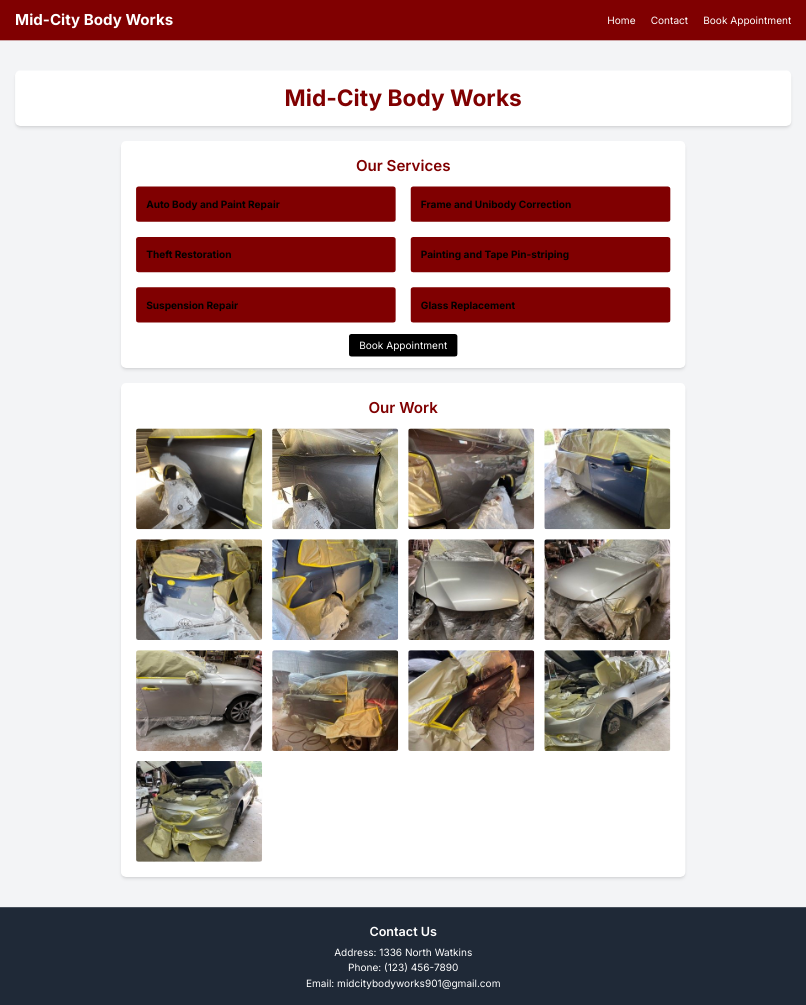
Repository: kayacancode/midcitybodyworks
Page: /
An editor plug-in stored every save of this project. The page is shown before and after a run of saves, followed by the edit.
The browser window is 1280 px wide. The pictures show the whole page, at 63% of full size.
The project was rebuilt for these pictures with package versions that can differ from the ones it lists, and the page was loaded fresh each time. The framework's server and built-in components were replaced by stand-ins that run in the browser. Also part of the build but not shown: next.config.mjs.

Above is the page before, as saved 2024-06-29 12:14:57.

### src/app/page.js
import Image from "next/image";

export default function Home() {
  return (
    <div className="min-h-screen bg-gray-100 flex flex-col">
      {/* Navigation Bar */}
      <header className="bg-[#800001] text-white w-full py-4 flex justify-between items-center px-6">
        <div className="text-2xl font-bold">Mid-City Body Works</div>
        <nav>
          <ul className="flex space-x-6">
            <li><a href="#home" className="hover:underline">Home</a></li>
            <li><a href="#contact" className="hover:underline">Contact</a></li>
            <li><a href="#appointment" className="hover:underline">Book Appointment</a></li>
          </ul>
        </nav>
      </header>

      {/* Hero Section */}
      <main className="flex flex-col items-center p-6">
        <section id="home" className="w-full bg-white p-6 rounded-lg shadow-md mt-6 text-center">
          <h1 className="text-4xl font-bold text-[#800001]">Mid-City Body Works</h1>
        </section>

        {/* Our Services Section */}
        <section className="w-full max-w-4xl bg-white p-6 rounded-lg shadow-md mt-6">
          <h2 className="text-2xl font-semibold mb-4 text-[#800001] text-center">Our Services</h2>
          <div className="grid grid-cols-1 sm:grid-cols-2 gap-6">
            <div className="bg-[#800001] p-4 rounded">
              <h3 className="font-bold">Auto Body and Paint Repair</h3>
            </div>
            <div className="bg-[#800001] p-4 rounded">
              <h3 className="font-bold">Frame and Unibody Correction</h3>
            </div>
            <div className="bg-[#800001] p-4 rounded">
              <h3 className="font-bold">Theft Restoration</h3>
            </div>
            <div className="bg-[#800001] p-4 rounded">
              <h3 className="font-bold">Painting and Tape Pin-striping</h3>
            </div>
            <div className="bg-[#800001] p-4 rounded">
              <h3 className="font-bold">Suspension Repair</h3>
            </div>
            <div className="bg-[#800001] p-4 rounded">
              <h3 className="font-bold">Glass Replacement</h3>
            </div>
          </div>
          <div className="text-center mt-6">
            <a href="#appointment" className="bg-black text-white px-4 py-2 rounded hover:bg-[#800001]">Book Appointment</a>
          </div>
        </section>

        {/* Placeholder Photo Section */}
        <section className="w-full max-w-4xl bg-white p-6 rounded-lg shadow-md mt-6">
          <h2 className="text-2xl font-semibold mb-4 text-center text-[#800001]">Our Work</h2>
          <div className="grid grid-cols-2 sm:grid-cols-4 gap-4">
            <div className="relative w-full h-40">
              <Image src="/car1.png" alt="Placeholder Image 1" layout="fill" objectFit="cover" className="rounded" />
            </div>
            <div className="relative w-full h-40">
              <Image src="/car2.jpeg" alt="Placeholder Image 2" layout="fill" objectFit="cover" className="rounded" />
            </div>
            <div className="relative w-full h-40">
              <Image src="/car3.jpeg" alt="Placeholder Image 3" layout="fill" objectFit="cover" className="rounded" />
            </div>
            <div className="relative w-full h-40">
              <Image src="/car4.jpeg" alt="Placeholder Image 4" layout="fill" objectFit="cover" className="rounded" />
            </div>
            <div className="relative w-full h-40">
              <Image src="/car5.jpeg" alt="Placeholder Image 4" layout="fill" objectFit="cover" className="rounded" />
            </div>
            <div className="relative w-full h-40">
              <Image src="/car6.jpeg" alt="Placeholder Image 4" layout="fill" objectFit="cover" className="rounded" />
            </div>
            <div className="relative w-full h-40">
              <Image src="/car7.jpeg" alt="Placeholder Image 4" layout="fill" objectFit="cover" className="rounded" />
            </div>
            <div className="relative w-full h-40">
              <Image src="/car8.jpeg" alt="Placeholder Image 4" layout="fill" objectFit="cover" className="rounded" />
            </div>
            <div className="relative w-full h-40">
              <Image src="/car9.png" alt="Placeholder Image 4" layout="fill" objectFit="cover" className="rounded" />
            </div>
            <div className="relative w-full h-40">
              <Image src="/car10.jpeg" alt="Placeholder Image 4" layout="fill" objectFit="cover" className="rounded" />
            </div>
            <div className="relative w-full h-40">
              <Image src="/car11.jpeg" alt="Placeholder Image 4" layout="fill" objectFit="cover" className="rounded" />
            </div>
            <div className="relative w-full h-40">
              <Image src="/car12.jpeg" alt="Placeholder Image 4" layout="fill" objectFit="cover" className="rounded" />
            </div>
            <div className="relative w-full h-40">
              <Image src="/car13.jpeg" alt="Placeholder Image 4" layout="fill" objectFit="cover" className="rounded" />
            </div>
          </div>
        </section>
      </main>

      {/* Footer */}
      <footer className="bg-gray-800 text-white w-full py-6 mt-6">
        <div className="text-center">
          <h3 className="text-xl font-semibold mb-2">Contact Us</h3>
          <p>Address: 1336 North Watkins </p>
          <p>Phone: (123) 456-7890</p>
          <p>Email: midcitybodyworks901@gmail.com</p>
        </div>
      </footer>
    </div>
  );
}

Loaded but not shown: src/app/layout.js (common file); src/app/globals.css (common file); tailwind.config.js (common file)

After the next 2 saves:
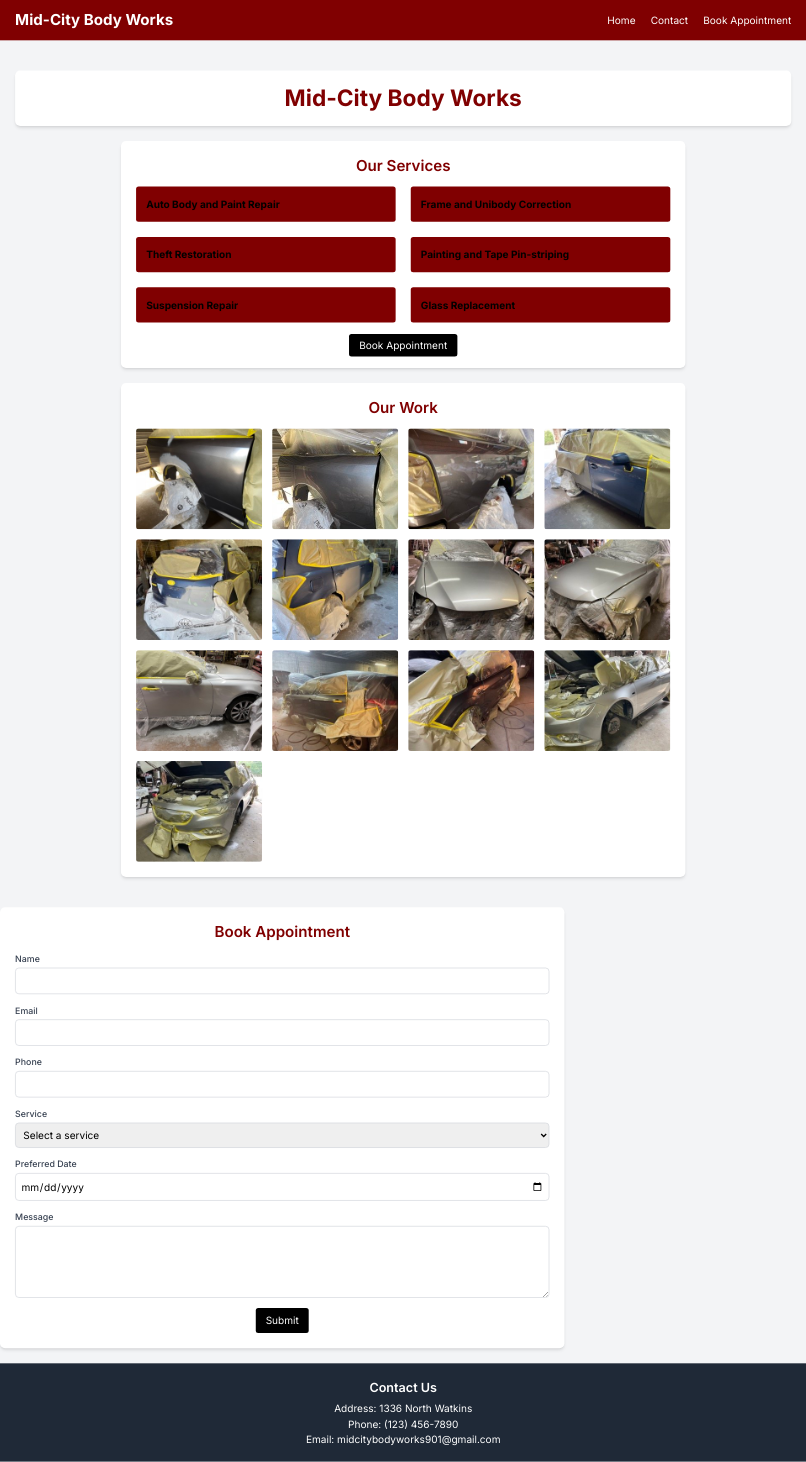
The 2 saves are shown as one change because 1 did not build or start.
The last was saved 17 min 27 s later.
--- a/src/app/page.js
+++ b/src/app/page.js
@@ -1,6 +1,44 @@
 import Image from "next/image";
+import { useState } from 'react';
 
 export default function Home() {
+  const [formData, setFormData] = useState({
+    name: '',
+    email: '',
+    phone: '',
+    service: '',
+    date: '',
+    message: ''
+  });
+
+  const handleChange = (e) => {
+    setFormData({ ...formData, [e.target.name]: e.target.value });
+  };
+
+  const handleSubmit = (e) => {
+    e.preventDefault();
+
+    // Send form data to Formspree
+    fetch('https://formspree.io/YOUR_FORMSPREE_ENDPOINT', {
+      method: 'POST',
+      headers: {
+        'Content-Type': 'application/json'
+      },
+      body: JSON.stringify(formData)
+    })
+      .then((response) => {
+        if (response.ok) {
+          alert('Your appointment request has been sent!');
+        } else {
+          alert('There was a problem with your submission.');
+        }
+      })
+      .catch((error) => {
+        console.error('Error:', error);
+        alert('There was a problem with your submission.');
+      });
+  };
+
   return (
     <div className="min-h-screen bg-gray-100 flex flex-col">
       {/* Navigation Bar */}
@@ -95,7 +133,97 @@ export default function Home() {
           </div>
         </section>
       </main>
-
+      <section id="appointment" className="w-full max-w-4xl bg-white p-6 rounded-lg shadow-md mt-6">
+          <h2 className="text-2xl font-semibold mb-4 text-[#800001] text-center">Book Appointment</h2>
+          <form onSubmit={handleSubmit} className="space-y-4">
+            <div>
+              <label htmlFor="name" className="block text-sm font-medium text-gray-700">Name</label>
+              <input
+                type="text"
+                name="name"
+                id="name"
+                value={formData.name}
+                onChange={handleChange}
+                required
+                className="mt-1 p-2 block w-full border border-gray-300 rounded-md"
+              />
+            </div>
+            <div>
+              <label htmlFor="email" className="block text-sm font-medium text-gray-700">Email</label>
+              <input
+                type="email"
+                name="email"
+                id="email"
+                value={formData.email}
+                onChange={handleChange}
+                required
+                className="mt-1 p-2 block w-full border border-gray-300 rounded-md"
+              />
+            </div>
+            <div>
+              <label htmlFor="phone" className="block text-sm font-medium text-gray-700">Phone</label>
+              <input
+                type="tel"
+                name="phone"
+                id="phone"
+                value={formData.phone}
+                onChange={handleChange}
+                required
+                className="mt-1 p-2 block w-full border border-gray-300 rounded-md"
+              />
+            </div>
+            <div>
+              <label htmlFor="service" className="block text-sm font-medium text-gray-700">Service</label>
+              <select
+                name="service"
+                id="service"
+                value={formData.service}
+                onChange={handleChange}
+                required
+                className="mt-1 p-2 block w-full border border-gray-300 rounded-md"
+              >
+                <option value="">Select a service</option>
+                <option value="Auto Body and Paint Repair">Auto Body and Paint Repair</option>
+                <option value="Frame and Unibody Correction">Frame and Unibody Correction</option>
+                <option value="Theft Restoration">Theft Restoration</option>
+                <option value="Painting and Tape Pin-striping">Painting and Tape Pin-striping</option>
+                <option value="Suspension Repair">Suspension Repair</option>
+                <option value="Glass Replacement">Glass Replacement</option>
+              </select>
+            </div>
+            <div>
+              <label htmlFor="date" className="block text-sm font-medium text-gray-700">Preferred Date</label>
+              <input
+                type="date"
+                name="date"
+                id="date"
+                value={formData.date}
+                onChange={handleChange}
+                required
+                className="mt-1 p-2 block w-full border border-gray-300 rounded-md"
+              />
+            </div>
+            <div>
+              <label htmlFor="message" className="block text-sm font-medium text-gray-700">Message</label>
+              <textarea
+                name="message"
+                id="message"
+                value={formData.message}
+                onChange={handleChange}
+                rows="4"
+                className="mt-1 p-2 block w-full border border-gray-300 rounded-md"
+              ></textarea>
+            </div>
+            <div className="text-center">
+              <button
+                type="submit"
+                className="bg-black text-white px-4 py-2 rounded hover:bg-[#800001]"
+              >
+                Submit
+              </button>
+            </div>
+          </form>
+        </section>
       {/* Footer */}
       <footer className="bg-gray-800 text-white w-full py-6 mt-6">
         <div className="text-center">
